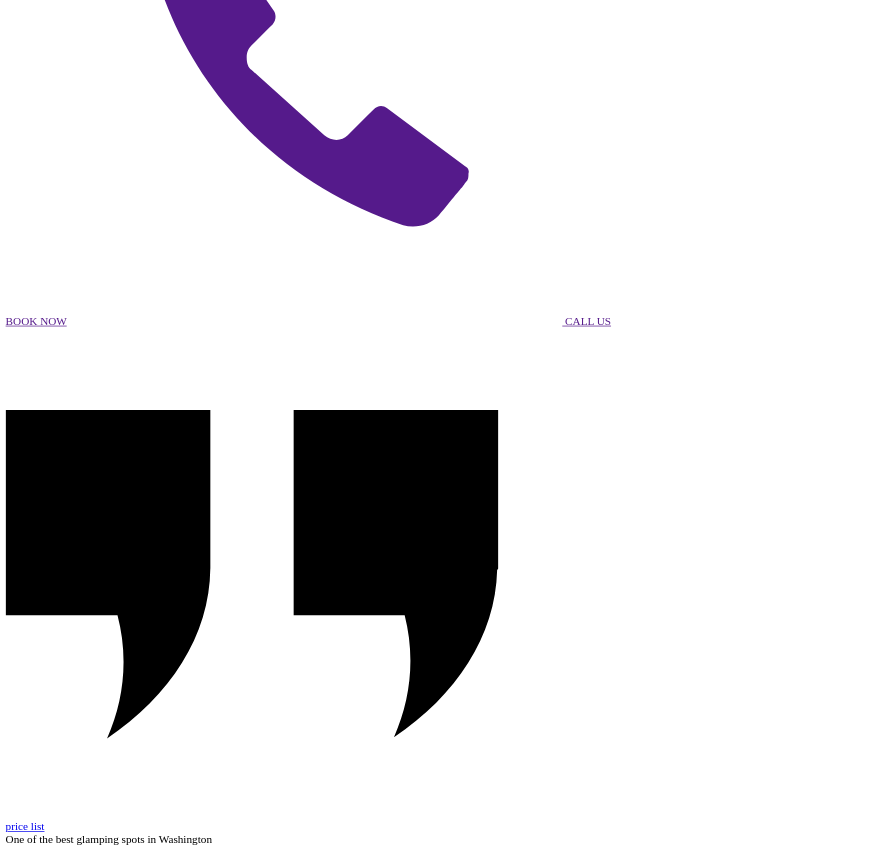
Repository: koldovsky/4394-html-teamwork
Page: index.header-hero.partial.html
An editor plug-in stored every save of this project. The page is shown before and after a run of saves, followed by the edit.
The browser window is 1280 px wide. The pictures show the part of the page from y = 1066 to 2986 px (the page is 2282 px tall before and 2986 px after), at 70% of full size.

Above is the page before, as saved 2025-10-06 19:00:44.

After the next 3 saves:
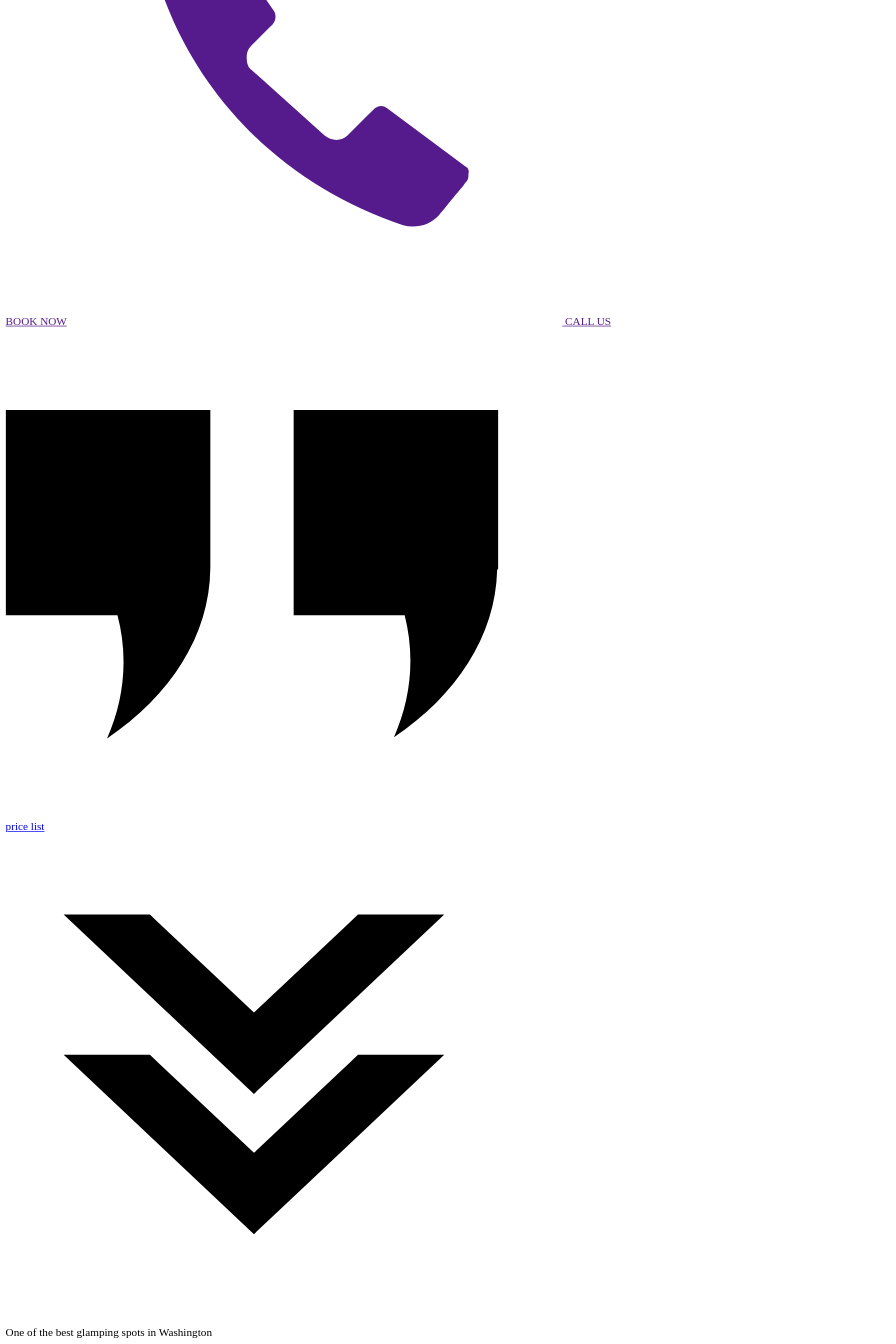
The 3 saves are shown as one change because they came seconds apart.
The last was saved 19 s later.
--- a/index.header-hero.partial.html
+++ b/index.header-hero.partial.html
@@ -93,12 +93,44 @@
   </div>
 
   <div>
-      <a href="#">price list</a>
-
-
+    <a href="#">price list</a>
+    <div>
+      <svg
+        xmlns="http://www.w3.org/2000/svg"
+        xmlns:xlink="http://www.w3.org/1999/xlink"
+        version="1.1"
+        x="0px"
+        y="0px"
+        viewBox="0 0 100 100"
+        enable-background="new 0 0 100 100"
+        xml:space="preserve"
+        height="100%"
+      >
+        <g style="" fill="currentColor">
+          <g style="" fill="currentColor">
+            <g style="" fill="currentColor">
+              <g style="" fill="currentColor">
+                <polygon
+                  points="69.705,34.709 89.017,16.519 71.507,16.519 69.705,18.215 50.396,36.406 31.085,18.215 29.284,16.519       11.776,16.519 31.085,34.709 50.396,52.899     "
+                  style=""
+                  fill="currentColor"
+                ></polygon>
+              </g>
+            </g>
+            <g style="" fill="currentColor">
+              <g style="" fill="currentColor">
+                <polygon
+                  points="69.705,63.168 89.017,44.976 71.507,44.976 69.705,46.673 50.396,64.863 31.085,46.673 29.284,44.976       11.776,44.976 31.085,63.168 50.396,81.359     "
+                  style=""
+                  fill="currentColor"
+                ></polygon>
+              </g>
+            </g>
+          </g>
+        </g>
+      </svg>
+    </div>
   </div>
-
-
 
   One of the best glamping spots in Washington
 </div>
